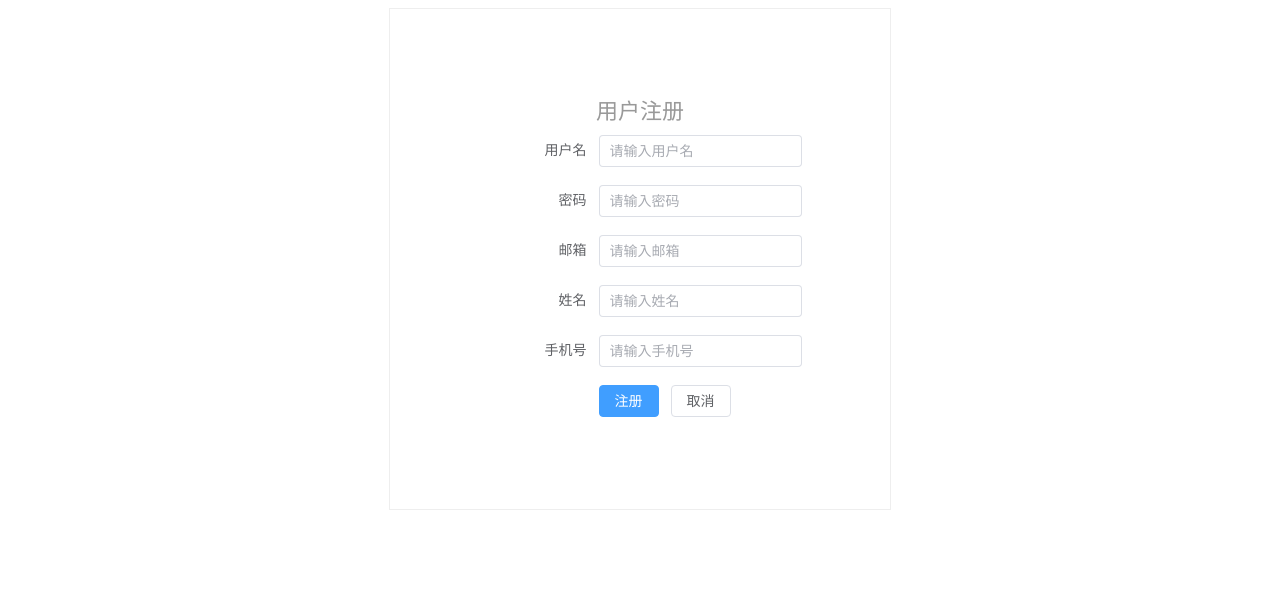
Repository: Mickey1216/yzkj_login_demo
Page: /
An editor plug-in stored every save of this project. The page is shown before and after a run of saves, followed by the edit.
The browser window is 1280 px wide. The pictures show the whole page.
The project was rebuilt for these pictures with package versions that can differ from the ones it lists, and the page was loaded fresh each time. Also part of the build but not shown: vite.config.js.

Above is the page before, as saved 2023-07-04 16:14:49.

### src/main.js
import { createApp } from 'vue'
import App from './App.vue'
import router from './router'
import ElementPlus from 'element-plus'
import 'element-plus/dist/index.css'

const app = createApp(App)
app.use(router)
app.use(ElementPlus)
app.mount('#app')

### src/App.vue
<template>
  <div class="app">
    <routerView/>
  </div>
</template>

<script setup>

</script>

<style scoped>

</style>

### src/router/index.js
import { createRouter, createWebHistory } from 'vue-router'
import Register from '../views/Register.vue'

const router = createRouter({
  history: createWebHistory(import.meta.env.BASE_URL),
  routes: [
    {
      path: '/',
      redirect: '/register',
    },
    {
      path: '/register',
      name: 'register',
      component: Register
    },
    {
      path: '/login',
      name: 'login',
      component: () => import('../views/Login.vue')
    },
    {
      path: '/list',
      name: 'list',
      component: () => import('../views/List.vue')
    },
    {
      path: '/:pathMatch(.*)',
      meta: { title: "出错了！当前界面不存在" },
      component: () => import('../views/Error.vue')
    }
  ]
})

export default router

### src/views/Register.vue
<template>
  <div class="register">
    <div class="title">用户注册</div>
    <!-- <div class="is_existing_account">已有账号?立即登录</div> -->
    <el-form :model="form" label-width="120px">
      <el-form-item label="用户名">
        <el-input placeholder="请输入用户名" v-model="form.username" />
      </el-form-item>
      <el-form-item label="密码">
        <el-input placeholder="请输入密码" v-model="form.password" />
      </el-form-item>
      <el-form-item label="邮箱">
        <el-input placeholder="请输入邮箱" v-model="form.email" />
      </el-form-item>
      <el-form-item label="姓名">
        <el-input placeholder="请输入姓名" v-model="form.realName" />
      </el-form-item>
      <el-form-item label="手机号">
        <el-input placeholder="请输入手机号" v-model="form.phone" />
      </el-form-item>
      <el-form-item>
        <el-button type="primary" @click="onSubmit">注册</el-button>
        <el-button>取消</el-button>
      </el-form-item>
    </el-form>
  </div>
</template>

<script setup>
import { reactive } from "vue";
import request from '../api/request'

const form = reactive({
  username: "",
  password: "",
  email: "",
  realName: "",
  phone: "",
});

// 注册
const onSubmit = () => {
  request('/user/register', "POST", {
    username: form.username,
    password: form.password,
    email: form.email,
    realName: form.realName,
    phone: form.phone
  }).then()
};
</script>

<style scoped>
.register {
  margin: 0 auto;
  display: flex;
  flex-direction: column;
  justify-content: center;
  align-items: center;
  width: 500px;
  height: 500px;
  border: 1px solid #eee;
}
.title {
  margin: 10px 0;
  display: flex;
  align-items: center;
  justify-content: center;
  font-size: 22px;
  color: #999;
}
.is_existing_account {
  font-size: 14px;
  color: gray;
  margin: 10px 5px;
  display: flex;
  justify-content: right;
}
</style>

### src/api/request.js
import axios from 'axios';
import qs from "qs"

export default function request(target, method = "GET", data = {}) {
  const instance = axios.create({
      // 基础路径，发请求的时候，路径当中会出现api
      baseURL: "/api",
      // 代表请求超时的时间5s
      // timeout: 5000
  })

  //请求拦截器：在发送请求之前，请求拦截器可以检测到，可以在请求发送出去前做一些事情
  instance.interceptors.request.use(config => { // config：配置对象，对象里面有一个属性很重要，headers请求头
      config.method = method;
      config.headers["Content-Type"] = (method === "POST" || method === "PUT" || method === "DELETE" || method === "PATCH" ?
          "application/x-www-form-urlencoded" : "application/json");
      config.data = qs.stringify(data);

      return config;
  })

  // 响应拦截器
  instance.interceptors.response.use(res => {
      return res.data;
  })

  return instance(target);
}

Loaded but not shown: index.html (common file)

After the next 2 saves:
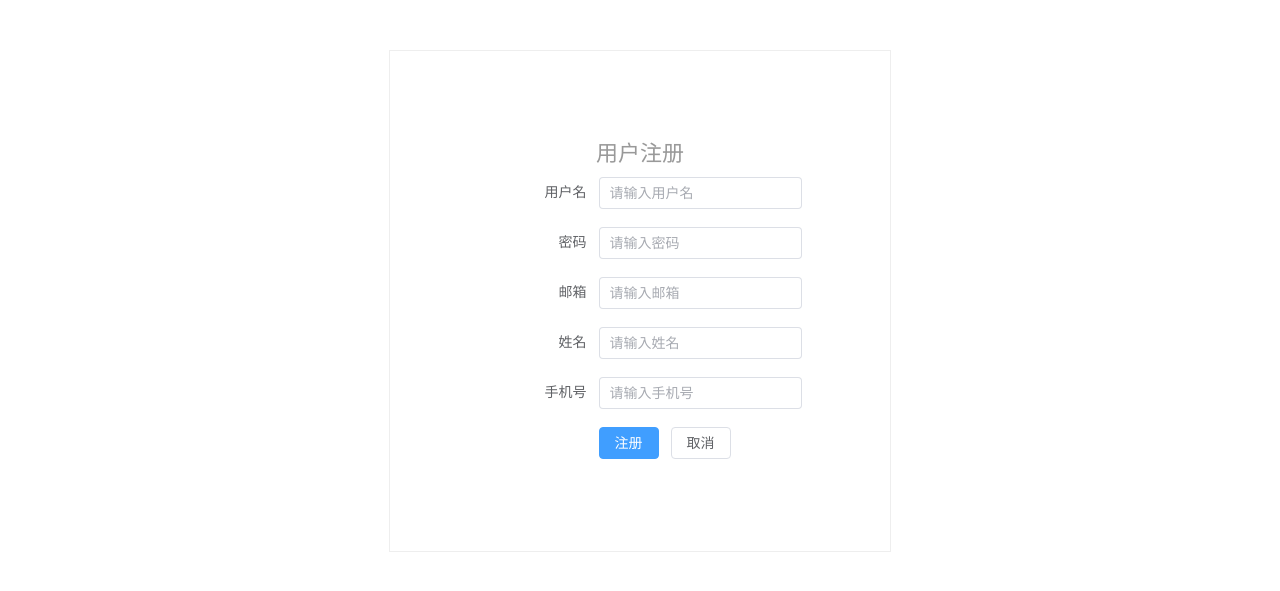
The 2 saves are shown as one change because they came seconds apart.
The last was saved 15 s later.
--- a/src/views/Register.vue
+++ b/src/views/Register.vue
@@ -52,7 +52,7 @@ const onSubmit = () => {
 
 <style scoped>
 .register {
-  margin: 0 auto;
+  margin: 50px auto;
   display: flex;
   flex-direction: column;
   justify-content: center;
